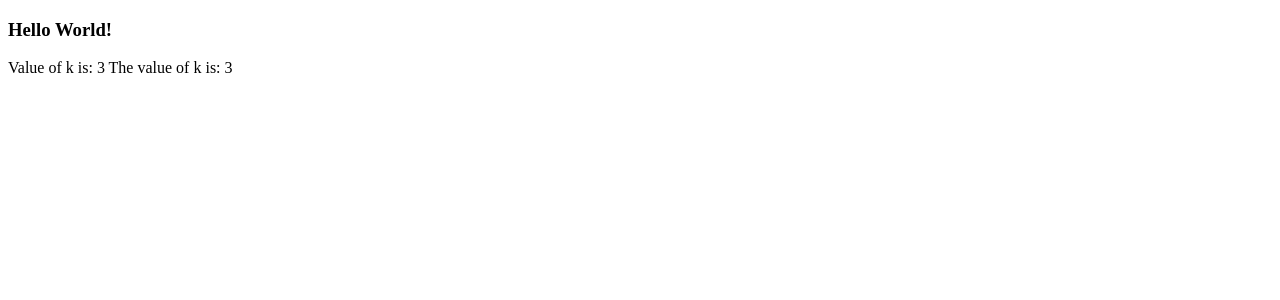
Repository: Seattle-Community-Android-Development/CodeBlog
Page: http://localhost/SimpleServletProject/test.jsp
The author's editor kept a copy of each file at every save. The page is drawn from the files as they stood at one save, then again after the next save.
The browser window is 1280 px wide. The pictures show the whole page.
The page is served by Tomcat 9.

Above is the page before, as saved 2013-09-08 17:52:36.

After the next save:
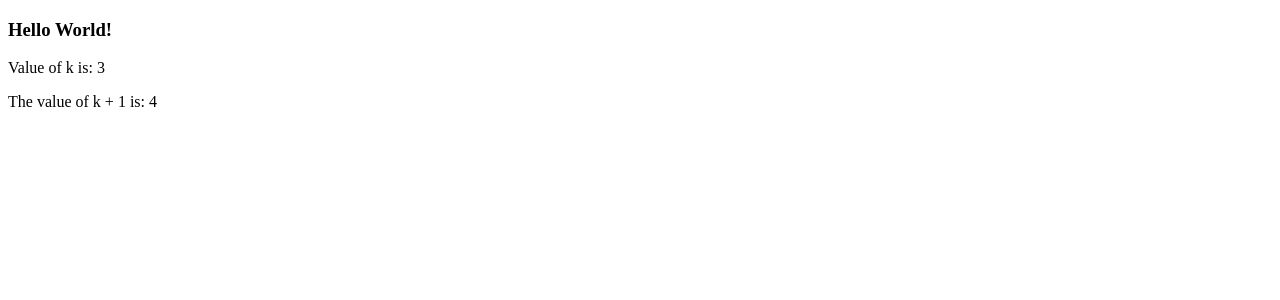
Saved 71 s later.
--- a/workspace/SimpleServletProject/WebContent/test.jsp
+++ b/workspace/SimpleServletProject/WebContent/test.jsp
@@ -20,7 +20,7 @@
 	out.println("Value of k is: " + String.valueOf(k));
 	%>
 
-	The value of k is: <%=k %>
-
+	<p>The value of k + 1 is: <%=1+k %>
+	</p>
 </body>
 </html>
